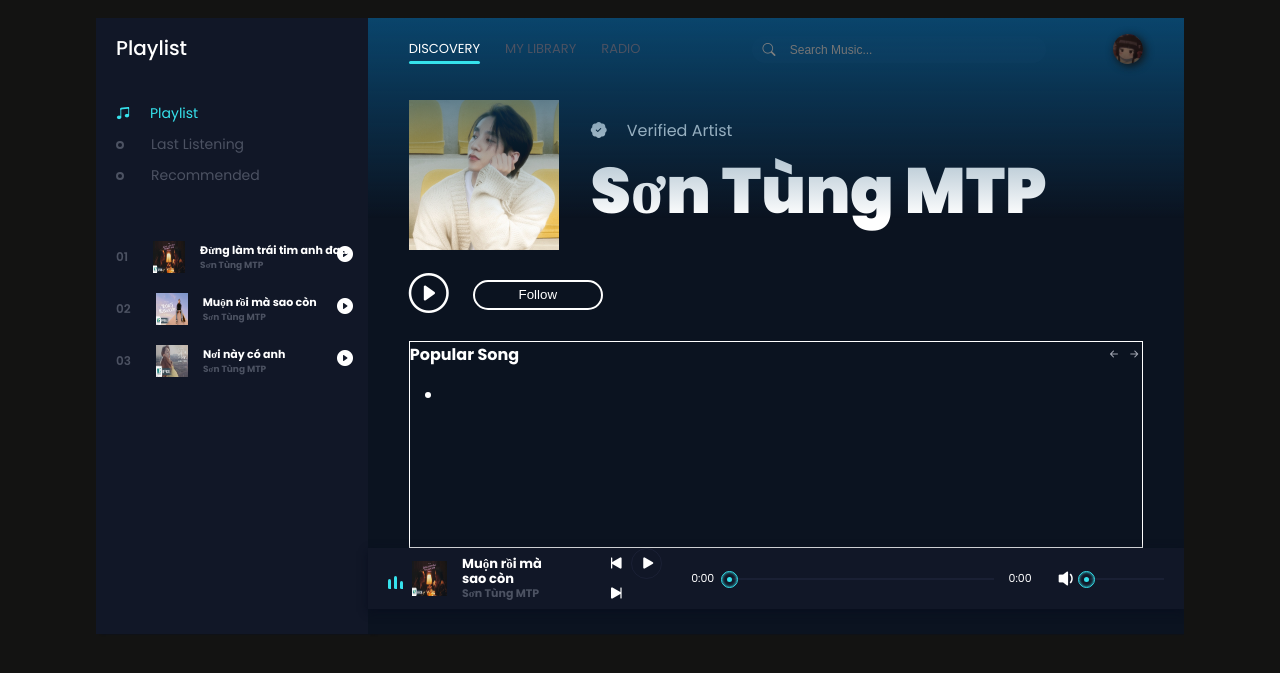
Repository: reminzuetto/Music-Website
Page: index.html
These files come from the project's save history. The page is drawn as it stood at one moment and after the next save; the edit follows.
The browser window is 1280 px wide. The pictures show the whole page.

Above is the page before, as saved 2024-06-11 04:14:32.

After the next save:
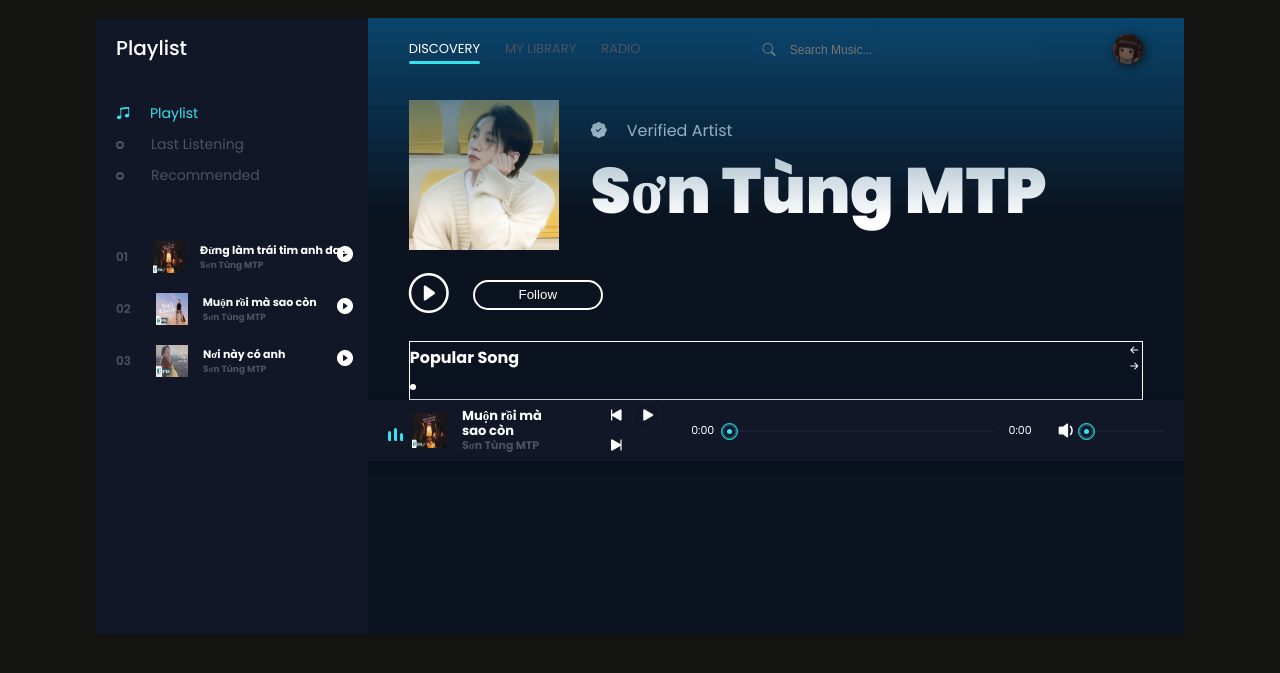
Saved 39 s later.
--- a/style.css
+++ b/style.css
@@ -364,7 +364,7 @@
 
 header .song_side {
   z-index: 2;
-  /* overflow: auto; */
+  overflow: auto;
 }
 
 header .song_side::before {
@@ -583,18 +583,7 @@
 }
 
 header .song_side .popular_song .h4 .bi {
-  color: #a4a8b4;
-  cursor: pointer;
-  transition: 0.3 linear;
-}
-
-header .song_side .popular_song .h4 .bi:hover {
-  color: #fff;
-}
-
-header .song_side .popular_song .pop_song {
-  width: 100%;
-  height: 150px;
-  margin: 15px;
-  display: flex;
-}
+  display: flex;
+  align-items: center;
+  justify-content: space-between;
+}
